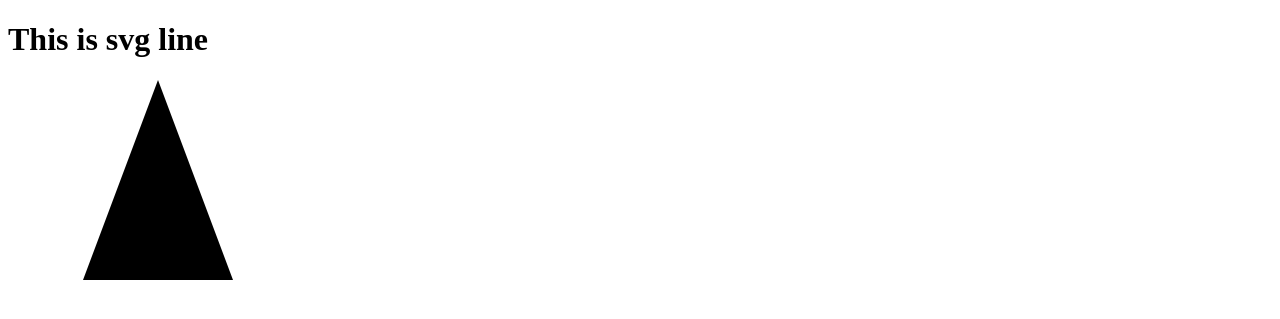
Repository: stastnyd/stastny-d3js
Page: Projekt/1. Oblici/index.html
An editor plug-in stored every save of this project. The page is shown before and after the next save, followed by the edit.
The browser window is 1280 px wide. The pictures show the whole page.

Above is the page before, as saved 2019-08-05 16:21:18.

### Projekt/1. Oblici/index.html
<!DOCTYPE html>
<html lang="en">

<head>
    <meta charset="UTF-8">
    <meta name="viewport" content="width=device-width, initial-scale=1.0">
    <meta http-equiv="X-UA-Compatible" content="ie=edge">
    <title>Document</title>
</head>

<body>


    <h1>This is svg line</h1>
    <svg height="210" width="400">
        <path d="M150 0 L75 200 L225 200 Z" />
    </svg>

</body>

</html>

After the next save:
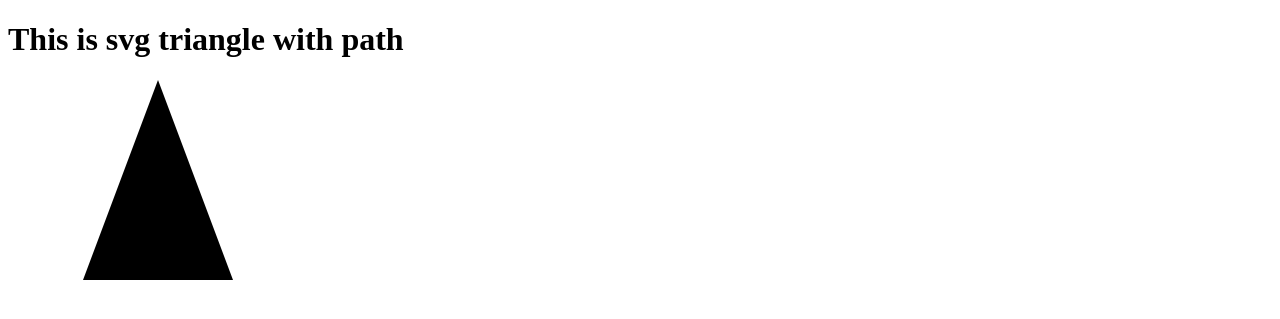
Saved 20 s later.
--- a/Projekt/1. Oblici/index.html
+++ b/Projekt/1. Oblici/index.html
@@ -11,7 +11,7 @@
 <body>
 
 
-    <h1>This is svg line</h1>
+    <h1>This is svg triangle with path</h1>
     <svg height="210" width="400">
         <path d="M150 0 L75 200 L225 200 Z" />
     </svg>
